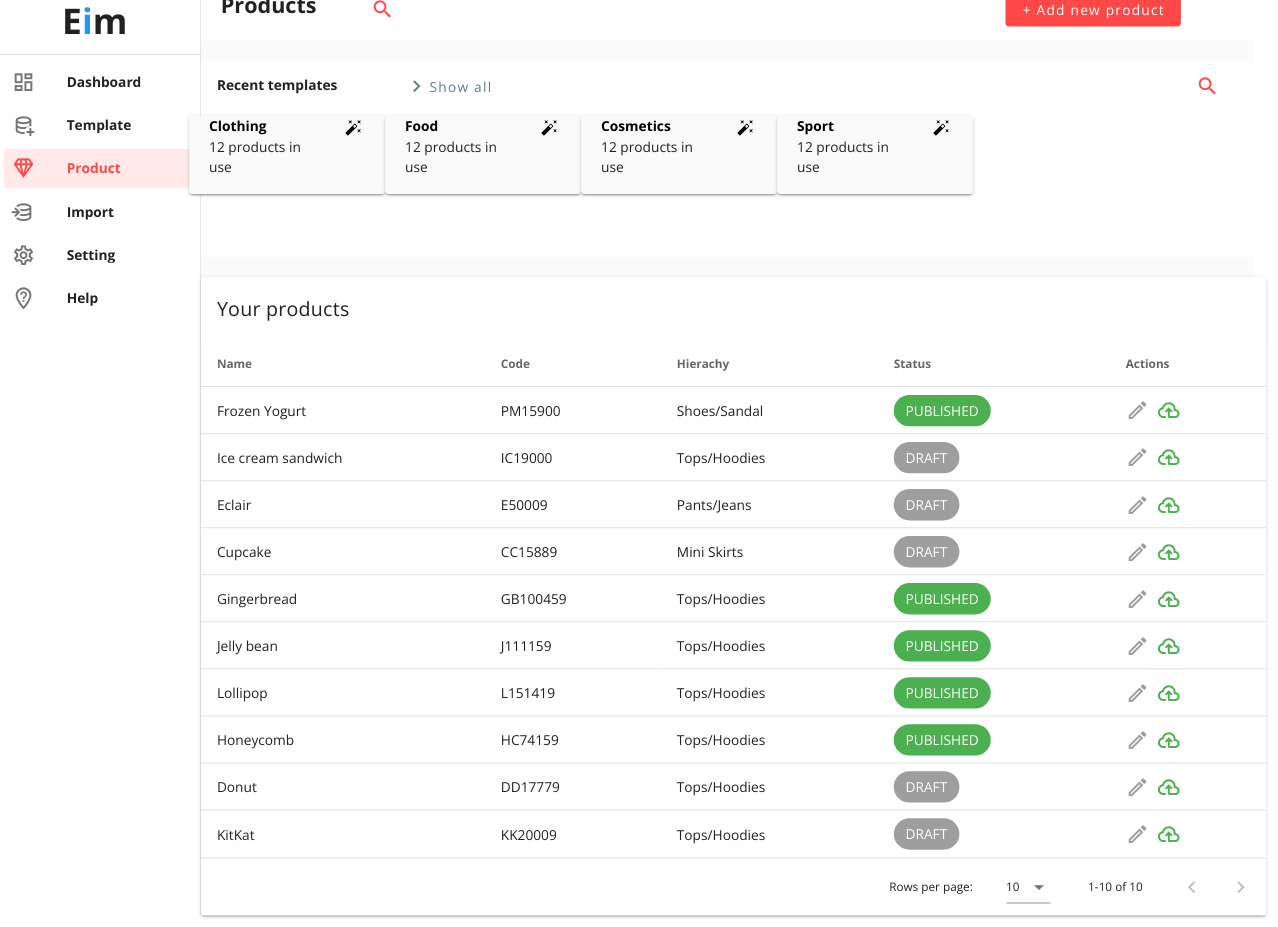
Repository: nguyenphuong152/pim-template
Page: /product
These files come from the project's save history. The page is drawn as it stood at one moment and after the next save; the edit follows.
The browser window is 1280 px wide. The page is 1304 px wide, so the pictures cover 1304 px, including what lies to the right of the window. The pictures show the whole page, at 98% of full size.
The project was rebuilt for these pictures with package versions that can differ from the ones it lists, and the page was loaded fresh each time. Also part of the build but not shown: vue.config.js, src/views/Home.vue, src/components/Outcome_1/SearchTemplate.vue, src/components/Outcome_1/YourTemplate.vue, src/components/Outcome_1/ListComponent.vue, src/components/Outcome_1/AddInfo.vue, src/components/Outcome_1/AddDetail.vue, src/components/Outcome_1/ListComponentProgressive.vue and 18 more.

Above is the page before, as saved 2021-01-19 09:27:15.

### public/index.html
<!DOCTYPE html>
<html lang="en">
  <head>
    <meta charset="utf-8" />
    <meta http-equiv="X-UA-Compatible" content="IE=edge" />
    <meta name="viewport" content="width=device-width,initial-scale=1.0" />
    <link rel="icon" href="<%= BASE_URL %>favicon.ico" />
    <link rel="preconnect" href="https://fonts.gstatic.com" />
    <link rel="preconnect" href="https://fonts.gstatic.com" />
    <link rel="preconnect" href="https://fonts.gstatic.com" />
    <link
      href="https://fonts.googleapis.com/css2?family=Open+Sans:wght@300;400;600;700;800&display=swap"
      rel="stylesheet"
    />
    <link
      href="https://fonts.googleapis.com/css?family=Montserrat:300,400,500,600,700"
      rel="stylesheet"
    />
    <title><%= htmlWebpackPlugin.options.title %></title>
    <link
      rel="stylesheet"
      href="https://fonts.googleapis.com/css?family=Roboto:100,300,400,500,700,900"
    />
    <link
      rel="stylesheet"
      href="https://cdn.jsdelivr.net/npm/@mdi/font@latest/css/materialdesignicons.min.css"
    />
  </head>
  <body>
    <noscript>
      <strong
        >We're sorry but <%= htmlWebpackPlugin.options.title %> doesn't work
        properly without JavaScript enabled. Please enable it to
        continue.</strong
      >
    </noscript>
    <div id="app"></div>
    <!-- built files will be auto injected -->
  </body>
</html>

### src/main.js
import Vue from "vue";
import App from "./App.vue";
import router from "./router";
import "../sass/style.scss";
import vuetify from "./plugins/vuetify";
import store from "./store";
import { VueMaskDirective } from "v-mask";
Vue.directive("mask", VueMaskDirective);

Vue.config.productionTip = false;

new Vue({
  store,
  router,
  vuetify,
  render: (h) => h(App),
}).$mount("#app");

### src/App.vue
<template>
  <v-app v-bind:style="{ background: activeColor }">
    <v-card height="80" flat class="hidden-md-and-up align-baseline">
      <v-row style="height:0px">
        <v-col class="px-0" cols="3">
          <span class="logo text-start">
            E<span class="blue--text">i</span>m</span
          >
        </v-col>
        <v-col>
          <div class="text-end">
            <v-menu offset-y>
              <template v-slot:activator="{ on }">
                <v-app-bar-nav-icon v-on="on"></v-app-bar-nav-icon>
              </template>
              <v-list>
                <v-list-item
                  v-for="(item, index) in items"
                  :key="index"
                  :to="item.path"
                  color="blue"
                >
                  <v-list-item-title class="text-start">{{
                    item.title
                  }}</v-list-item-title>
                </v-list-item>
              </v-list>
            </v-menu>
          </div>
        </v-col>
      </v-row>
    </v-card>

    <v-row>
      <v-col cols="2" class="pa-0 hidden-xs-only">
        <v-navigation-drawer permanent width="220" class="hidden-xs-only">
          <v-list-item>
            <v-list-item-content>
              <v-list-item-title class="logo">
                E<span class="blue--text">i</span>m
              </v-list-item-title>
            </v-list-item-content>
          </v-list-item>

          <v-divider></v-divider>

          <v-list dense nav class="text-start pl-4">
            <v-list-item
              v-for="item in items"
              :key="item.title"
              :to="item.path"
              color="#FF4848"
            >
              <v-list-item-icon>
                <v-icon>{{ item.icon }}</v-icon>
              </v-list-item-icon>
              <v-list-item-content>
                <v-list-item-title class="template-title font-weight-bold ">{{
                  item.title
                }}</v-list-item-title>
              </v-list-item-content>
            </v-list-item>
          </v-list>
        </v-navigation-drawer>
      </v-col>
      <v-col class="pa-0">
        <router-view />
      </v-col>
    </v-row>
  </v-app>
</template>

<script>
export default {
  name: "App",
  components: {},
  watch: {
    $route(to) {
      document.title = `${to.meta.title}`;
    },
  },
  data() {
    return {
      clicked: false,
      activeColor: "#FAFAFA",
      items: [
        { title: "Dashboard", icon: "mdi-view-dashboard-outline", path: "" },
        {
          title: "Template",
          icon: "mdi-database-plus-outline",
          path: "/template",
        },
        { title: "Product", icon: "mdi-diamond-stone", path: "/product" },
        {
          title: "Import",
          icon: "mdi-database-import-outline",
          path: "/import",
        },

        { title: "Setting", icon: "mdi-cog-outline", path: "" },
        { title: "Help", icon: "mdi-map-marker-question-outline", path: "" },
      ],
      right: null,
    };
  },
};
</script>

### src/router/index.js
import Vue from "vue";
import VueRouter from "vue-router";
import Home from "../views/Home.vue";
import Template from "../views/Outcome_1/CreateProductTemplate.vue";
import Product from "../views/Outcome_2/Outcome_2_screen.vue";
import AddProduct from "../views/Outcome_2/AddProduct.vue";
import Import from "../views/Outcome_3/outcome3_screen.vue";

Vue.use(VueRouter);

const routes = [
  {
    path: "/",
    name: "Home",
    component: Home,
  },
  {
    path: "/template",
    name: "Template",
    component: Template,
    meta: {
      title: "Add Template",
    },
  },
  {
    path: "/product",
    name: "Product",
    component: Product,
    meta: {
      title: "Product",
    },
  },
  {
    path: "/addproduct/:name",
    name: "AddProduct",
    component: AddProduct,
    meta: {
      title: "Add Product",
    },
  },
  {
    path: "/import",
    name: "Import",
    component: Import,
    meta: {
      title: "Import",
    },
  },
  {
    path: "/about",
    name: "About",
    // route level code-splitting
    // this generates a separate chunk (about.[hash].js) for this route
    // which is lazy-loaded when the route is visited.
    component: () =>
      import(/* webpackChunkName: "about" */ "../views/About.vue"),
  },
];

const router = new VueRouter({
  mode: "history",
  base: process.env.BASE_URL,
  routes,
});

export default router;

### sass/style.scss
$font-primary: 'Open Sans',
sans-serif;

@import "~vuetify/src/styles/styles.sass";

$fontsize-content: 14px;
$fontsize-title: 24px;
$fontsize-logo:36px;
$fontsize-header:22px;
$fontsize-nav:20px;


#app {
  font-family: $font-primary;
   font-size:$fontsize-content;
  -webkit-font-smoothing: antialiased;
  -moz-osx-font-smoothing: grayscale;
  text-align: center;
  color: #2c3e50;
}

#nav {
  padding: 30px;
}

#nav a {
  font-weight: bold;
  color: #2c3e50;
}

#nav a.router-link-exact-active {
  color: #42b983;
}

.title {
  font: $font-primary !important;
  font-size: $fontsize-nav !important;
}

.logo {
  @extend .title;
  font-weight: 700 !important;
  font-size: $fontsize-logo !important;
}

.text-header {
  font: $font-primary !important;
  font-size: $fontsize-header !important;
  font-weight: 700;
}


.template-title {
  @extend .title;
  font-size: $fontsize-content !important;
}

### src/store/index.js
import Vue from "vue";
import Vuex from "vuex";

Vue.use(Vuex);

import state from "./state";
import * as getters from "./getters";
import * as mutations from "./mutations";
import * as actions from "./actions";

export default new Vuex.Store({
  state,
  getters,
  mutations,
  actions,
});

### src/views/Outcome_2/Outcome_2_screen.vue
<template>
  <div>
    <v-row>
      <v-col height="100%"
        ><Search />
        <br />
        <RecentTemplate />
        <br />
        <ListProduct
          :class="{
            'mx-6': $vuetify.breakpoint.smAndDown,
            'ma-0': $vuetify.breakpoint.mdAndUp,
          }"
        />
      </v-col>
    </v-row>
  </div>
</template>

<script>
import Search from "../../components/Outcome_2/SearchProduct";
import RecentTemplate from "../../components/Outcome_2/RecentTemplate";
import ListProduct from "../../components/Outcome_2/ListProduct";
export default {
  components: {
    Search,
    RecentTemplate,
    ListProduct,
  },
};
</script>

<style></style>

### src/store/state.js
export default {
  listNewComponent: [],

  basicInfo: [],
  textComponent: [],
  imageComponent: null,
  videoComponent: null,
  colorComponent: null,
  dateComponent: [],
  selectComponent: {
    selectionTitle: [],
  },
  listTemplate: [],
  customComponent: [],

  toogleRerenderComponent: 0,
  generateImage: 1,
};

### src/store/getters.js
export const listComponent = (state) => {
  return state.listNewComponent;
};

export const basicInfo = (state) => {
  return state.basicInfo;
};

export const textComponent = (state) => {
  return state.textComponent;
};
export const imageComponent = (state) => {
  return state.imageComponent;
};
export const videoComponent = (state) => {
  return state.videoComponent;
};
export const colorComponent = (state) => {
  return state.colorComponent;
};
export const dateComponent = (state) => {
  return state.dateComponent;
};
export const selectComponent = (state) => {
  return state.selectComponent;
};

export const key = (state) => {
  return state.toogleRerenderComponent;
};

export const listTemplate = (state) => {
  return state.listTemplate;
};

export const generateImage = (state) => {
  return state.generateImage;
};

### src/store/actions.js
export const addComponentToList = ({ commit }, { component }) => {
  commit("ADD_TO_LIST", { component });
};

export const deleteComponentFromList = ({ commit }, component) => {
  commit("DELETE_FROM_LIST", component);
};

export const addBasicInfoForTemplate = ({ commit }, { basicInfo }) => {
  commit("ADD_BASIC_INFO_FOR_TEMPLATE", basicInfo);
};

export const addTextComponentForTemplate = ({ commit }, { textComponent }) => {
  commit("ADD_TEXT_COMPONENT_FOR_TEMPLATE", textComponent);
};

export const addImageComponentForTemplate = ({ commit }, { countImage }) => {
  commit("ADD_IMAGE_COMPONENT_FOR_TEMPLATE", countImage);
};

export const addVideoComponentForTemplate = ({ commit }, { countVideo }) => {
  commit("ADD_VIDEO_COMPONENT_FOR_TEMPLATE", countVideo);
};

export const addColorComponentForTemplate = ({ commit }, { countColor }) => {
  commit("ADD_COLOR_COMPONENT_FOR_TEMPLATE", countColor);
};

export const addDateComponentForTemplate = ({ commit }, { dateComponent }) => {
  commit("ADD_DATE_COMPONENT_FOR_TEMPLATE", dateComponent);
};

export const addSelectComponentForTemplate = (
  { commit },
  { title, selections }
) => {
  commit("ADD_SELECT_COMPONENT_FOR_TEMPLATE", { title, selections });
};

export const rerenderComponent = ({ commit }) => {
  commit("RERENDER_COMPONENT");
};

export const generateImage = ({ commit }) => {
  commit("GENERATE_IMAGE");
};

export const deleteListTemplate = ({ commit }) => {
  commit("DELETE_LIST");
};

export const createTemplate = (
  { commit },
  {
    name,
    basicInfo,
    textComponent,
    imageComponent,
    videoComponent,
    colorComponent,
    dateComponent,
    selectComponent,
  }
) => {
  commit("CREATE_TEMPLATE", {
    name,
    basicInfo,
    textComponent,
    imageComponent,
    videoComponent,
    colorComponent,
    dateComponent,
    selectComponent,
  });
};

### src/components/Outcome_2/SearchProduct.vue
<template>
  <v-card class="text-start" height="65" flat>
    <v-row class="d-flex align-baseline">
      <v-col class="text-header pl-8" cols="2">Products</v-col>
      <v-col class="px-0">
        <v-icon color="#ff4848">
          mdi-magnify
        </v-icon></v-col
      >
      <v-col sm="8" md="3" class="pa-0 hidden-xs-only">
        <v-btn
          depressed
          color="#ff4848"
          class="white--text text-none font-weight-medium"
        >
          + Add new product</v-btn
        >
      </v-col>
    </v-row>
  </v-card>
</template>

<script>
export default {
  methods: {},
};
</script>

<style></style>

### src/components/Outcome_2/RecentTemplate.vue
<template>
  <v-card :height="setHeight" width="100%" class="py-2" flat>
    <v-row class="align-baseline mx-4">
      <v-col class="py-0 text-start px-0" cols="2"
        ><span class="font-weight-bold">Recent templates</span>
      </v-col>
      <v-col class="px-0 text-start">
        <v-dialog v-model="dialog" scrollable max-width="300px">
          <template v-slot:activator="{ on, attrs }">
            <v-btn
              color="blue-grey"
              dark
              v-bind="attrs"
              v-on="on"
              text
              style="text-transform:none"
            >
              <v-icon color="blue-grey"> mdi-chevron-right </v-icon>Show all
            </v-btn>
          </template>
          <v-card height="100%">
            <v-card-title>
              Your template
              <v-spacer></v-spacer>
              <v-icon color="red" @click="dialog = false"
                >mdi-window-close</v-icon
              >
            </v-card-title>
            <v-divider></v-divider>
            <v-card-text style="height:500px;">
              <v-col v-for="(item, i) in templates" :key="i"
                ><v-card color="#fafafa" @click="addProduct(item.name)">
                  <div class="d-flex flex-no-wrap justify-space-between">
                    <div>
                      <v-row>
                        <v-col class="text-start pl-8">
                          <span
                            class="template-title font-weight-bold black--text"
                            >{{ item.name }}</span
                          >
                          <br />
                          <span class="font-weight-thin">{{
                            item.products
                          }}</span>
                        </v-col>
                      </v-row>
                    </div>
                  </div>
                </v-card></v-col
              ></v-card-text
            >
          </v-card>
        </v-dialog>
      </v-col>
      <v-col cols="1">
        <v-icon color="#ff4848">
          mdi-magnify
        </v-icon>
      </v-col>
    </v-row>
    <v-row>
      <v-card
        class="d-flex flex-wrap"
        v-for="(item, i) in items"
        :key="i"
        color="#fafafa"
        :width="setWidthCard"
        height="80"
        @click="addProduct(item.name)"
      >
        <div class="d-flex child-flex justify-space-between">
          <v-row>
            <v-col class="text-start pl-8">
              <span class="template-title font-weight-bold black--text">{{
                item.name
              }}</span>
              <br />
              <span class="font-weight-thin">{{ item.products }}</span>
            </v-col>
            <v-col cols="1">
              <v-icon color="black" size="18" @click="showAddTemplate()"
                >mdi-auto-fix</v-icon
              >
            </v-col>
          </v-row>
        </div>
      </v-card>
      <!-- <v-col  :key="i" class="mx-4 " xs="6">

      </v-col> -->
      <v-row class="align-baseline hidden-md-and-up">
        <v-col class="text-start pl-10">
          <v-btn outlined style="text-transform:none" color="blue"
            >Add template</v-btn
          >
        </v-col>
        <v-col cols="5">
          <v-dialog v-model="dialog" scrollable max-width="300px">
            <template v-slot:activator="{ on, attrs }">
              <v-btn
                color="blue-grey"
                dark
                v-bind="attrs"
                v-on="on"
                text
                style="text-transform:none"
              >
                <v-icon color="blue-grey"> mdi-chevron-right </v-icon>Show all
              </v-btn>
            </template>
            <v-card height="100%">
              <v-card-title>
                Your template
                <v-spacer></v-spacer>
                <v-icon color="red" @click="dialog = false"
                  >mdi-window-close</v-icon
                >
              </v-card-title>
              <v-divider></v-divider>
              <v-card-text style="height:500px;">
                <v-col v-for="(item, i) in templates" :key="i"
                  ><v-card color="#fafafa" @click="addProduct(item.name)">
                    <div class="d-flex flex-no-wrap justify-space-between">
                      <div>
                        <v-row>
                          <v-col class="text-start pl-8">
                            <span
                              class="template-title font-weight-bold black--text"
                              >{{ item.name }}</span
                            >
                            <br />
                            <span class="font-weight-thin">{{
                              item.products
                            }}</span>
                          </v-col>
                        </v-row>
                      </div>
                    </div>
                  </v-card></v-col
                ></v-card-text
              >
            </v-card>
          </v-dialog>
        </v-col>
      </v-row>
    </v-row>
  </v-card>
</template>

<script>
export default {
  data: () => ({
    dialog: false,
    items: [
      {
        name: "Clothing",
        products: "12 products in use",
      },
      {
        name: "Food",
        products: "12 products in use",
      },
      {
        name: "Cosmetics",
        products: "12 products in use",
      },
      {
        name: "Sport",
        products: "12 products in use",
      },
    ],
    templates: [
      {
        name: "Clothing",
        products: "12 products in use",
      },
      {
        name: "Food",
        products: "12 products in use",
      },
      {
        name: "Cosmetics",
        products: "12 products in use",
      },
      {
        name: "Sport",
        products: "12 products in use",
      },
    ],
  }),
  methods: {
    addProduct(text) {
      this.$router.push({
        name: "AddProduct",
        params: { name: text },
      });
    },
  },
  created() {
    this.listTemplate = this.$store.getters.listTemplate;
    for (var i = 0; i < this.listTemplate.length; i++) {
      var element = {};
      element.name = this.listTemplate[i].name;
      element.products = "Add new product !";
      this.templates.unshift(element);
    }
  },
  computed: {
    setHeight() {
      if (
        this.$vuetify.breakpoint.name === "xs" ||
        this.$vuetify.breakpoint.name === "sm"
      ) {
        return 350;
      } else return 200;
    },
    setWidthCard() {
      if (
        this.$vuetify.breakpoint.name === "xs" ||
        this.$vuetify.breakpoint.name === "sm"
      ) {
        return 150;
      } else if (this.$vuetify.breakpoint.name === "md") {
        return 200;
      } else return 200;
    },
  },
};
</script>

<style></style>

### src/components/Outcome_2/ListProduct.vue
<template>
  <v-card>
    <v-card-title>
      Your products
    </v-card-title>
    <v-data-table :headers="headers" :items="desserts">
      <template v-slot:item.status="{ item }">
        <v-chip :color="getColor(item.status)" dark>
          {{ item.status }}
        </v-chip>
      </template>
      <template v-slot:item.actions="{ item }">
        <v-icon medium class="mr-2" @click="editItem(item)" color="grey">
          mdi-pencil-outline
        </v-icon>
        <v-icon medium @click="deleteItem(item)" color="green">
          mdi-cloud-upload-outline
        </v-icon>
      </template>
    </v-data-table>
  </v-card>
</template>

<script>
export default {
  data() {
    return {
      search: "",
      headers: [
        {
          text: "Name",
          align: "start",
          sortable: false,
          value: "name",
        },
        { text: "Code", value: "code" },
        { text: "Hierachy", value: "hierachy" },
        { text: "Status", value: "status" },
        { text: "Actions", value: "actions", sortable: false },
      ],
      desserts: [
        {
          name: "Frozen Yogurt",
          code: "PM15900",
          hierachy: "Shoes/Sandal",
          status: "PUBLISHED",
        },
        {
          name: "Ice cream sandwich",
          code: "IC19000",
          hierachy: "Tops/Hoodies",
          status: "DRAFT",
        },
        {
          name: "Eclair",
          code: "E50009",
          hierachy: "Pants/Jeans",
          status: "DRAFT",
        },
        {
          name: "Cupcake",
          code: "CC15889",
          hierachy: "Mini Skirts",
          status: "DRAFT",
        },
        {
          name: "Gingerbread",
          code: "GB100459",
          hierachy: "Tops/Hoodies",
          status: "PUBLISHED",
        },
        {
          name: "Jelly bean",
          code: "J111159",
          hierachy: "Tops/Hoodies",
          status: "PUBLISHED",
        },
        {
          name: "Lollipop",
          code: "L151419",
          hierachy: "Tops/Hoodies",
          status: "PUBLISHED",
        },
        {
          name: "Honeycomb",
          code: "HC74159",
          hierachy: "Tops/Hoodies",
          status: "PUBLISHED",
        },
        {
          name: "Donut",
          code: "DD17779",
          hierachy: "Tops/Hoodies",
          status: "DRAFT",
        },
        {
          name: "KitKat",
          code: "KK20009",
          hierachy: "Tops/Hoodies",
          status: "DRAFT",
        },
      ],
    };
  },
  methods: {
    getColor(status) {
      if (status === "DRAFT") return "grey";
      else return "green";
    },
  },
};
</script>

Loaded but not shown: src/plugins/vuetify.js (common file); src/store/mutations.js (113 lines, source omitted)

After the next save:
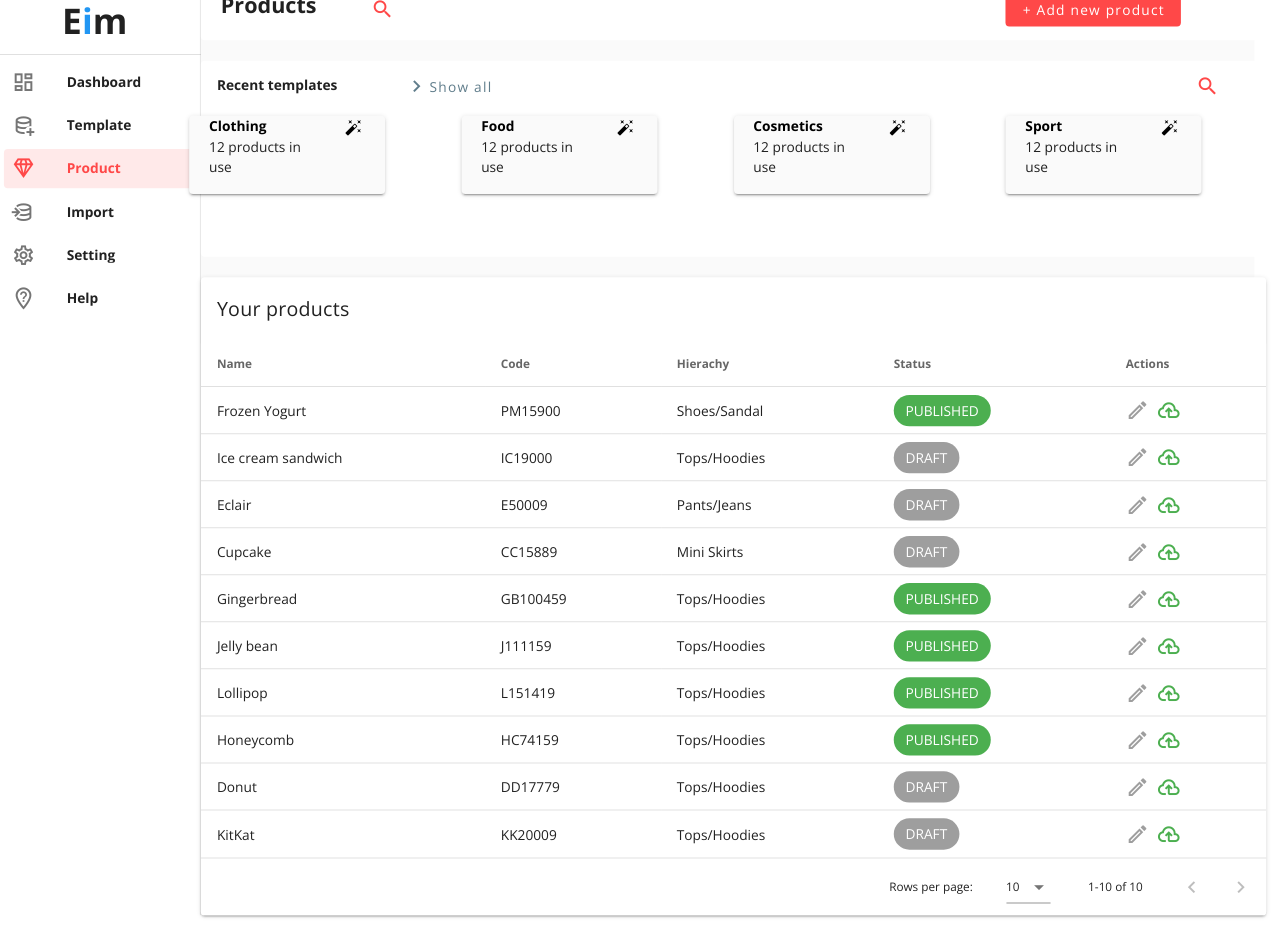
Saved 74 s later.
--- a/src/components/Outcome_2/RecentTemplate.vue
+++ b/src/components/Outcome_2/RecentTemplate.vue
@@ -60,7 +60,7 @@
     </v-row>
     <v-row>
       <v-card
-        class="d-flex flex-wrap"
+        class="d-flex flex-wrap mr-auto"
         v-for="(item, i) in items"
         :key="i"
         color="#fafafa"
